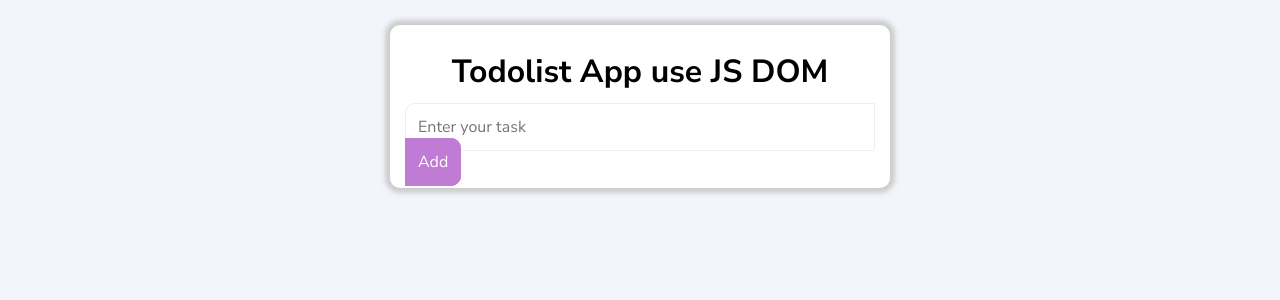
Repository: anhquan74-dev/todolist_app
Page: index.html
An editor plug-in stored every save of this project. The page is shown before and after a run of saves, followed by the edit.
The browser window is 1280 px wide. The pictures show the whole page.
Some web libraries are served in a nearby version.

Above is the page before, as saved 2022-07-21 16:18:43.

After the next 2 saves:
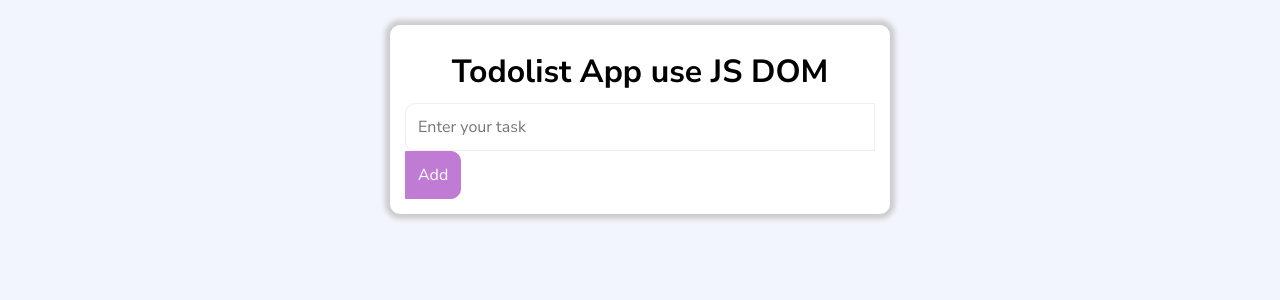
The 2 saves are shown as one change because they came seconds apart.
The last was saved 11 s later.
--- a/index.html
+++ b/index.html
@@ -19,7 +19,7 @@
       <h1>Todolist App use JS DOM</h1>
       <div class="form-control">
         <input id="input-text" type="text" placeholder="Enter your task" />
-        <span onclick="newElement()" class="add-btn">Add</span>
+        <button class="add-btn">Add</button>
       </div>
       <ul id="list-item">
         <!-- <li class="item checked">
